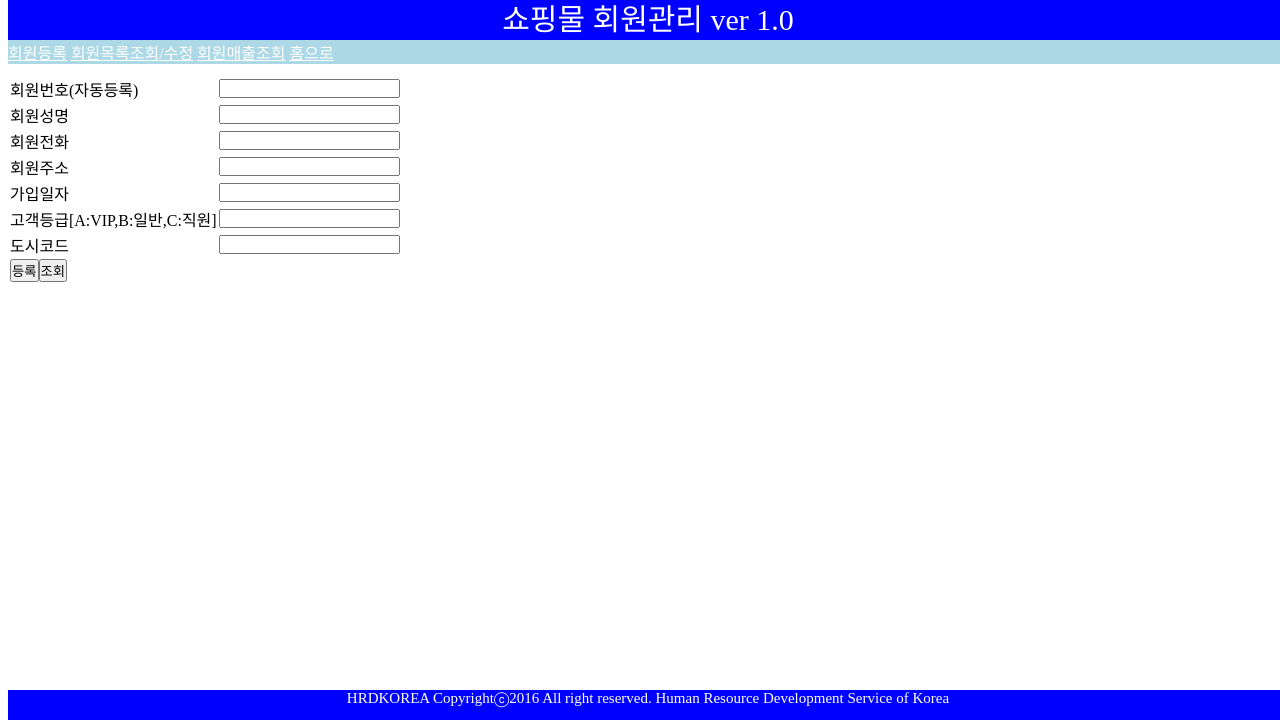
Repository: akns27/wjdcjtksrl
Page: http://localhost/HRD_2202/join.jsp
These files come from the project's save history. The page is drawn as it stood at one moment and after the next save; the edit follows.
The browser window is 1280 px wide. The pictures show the whole page.
The page is served by Tomcat 9.

Above is the page before, as saved 2024-03-18 07:36:25.

After the next save:
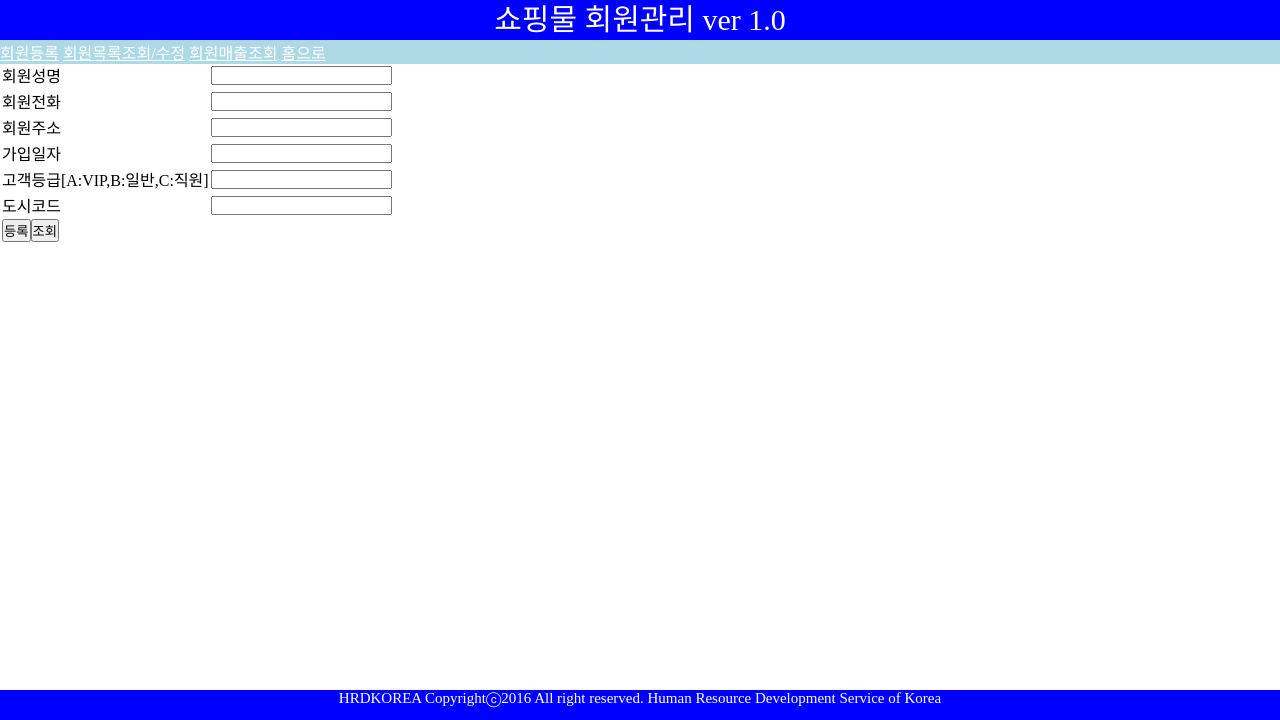
Saved 13 s later.
--- a/HRD_2202/src/main/webapp/style.css
+++ b/HRD_2202/src/main/webapp/style.css
@@ -1,6 +1,6 @@
 @charset "UTF-8";
 
-*{padding:0; }
+*{padding:0; margin:0;}
 
 header {
 	position: fixed;
